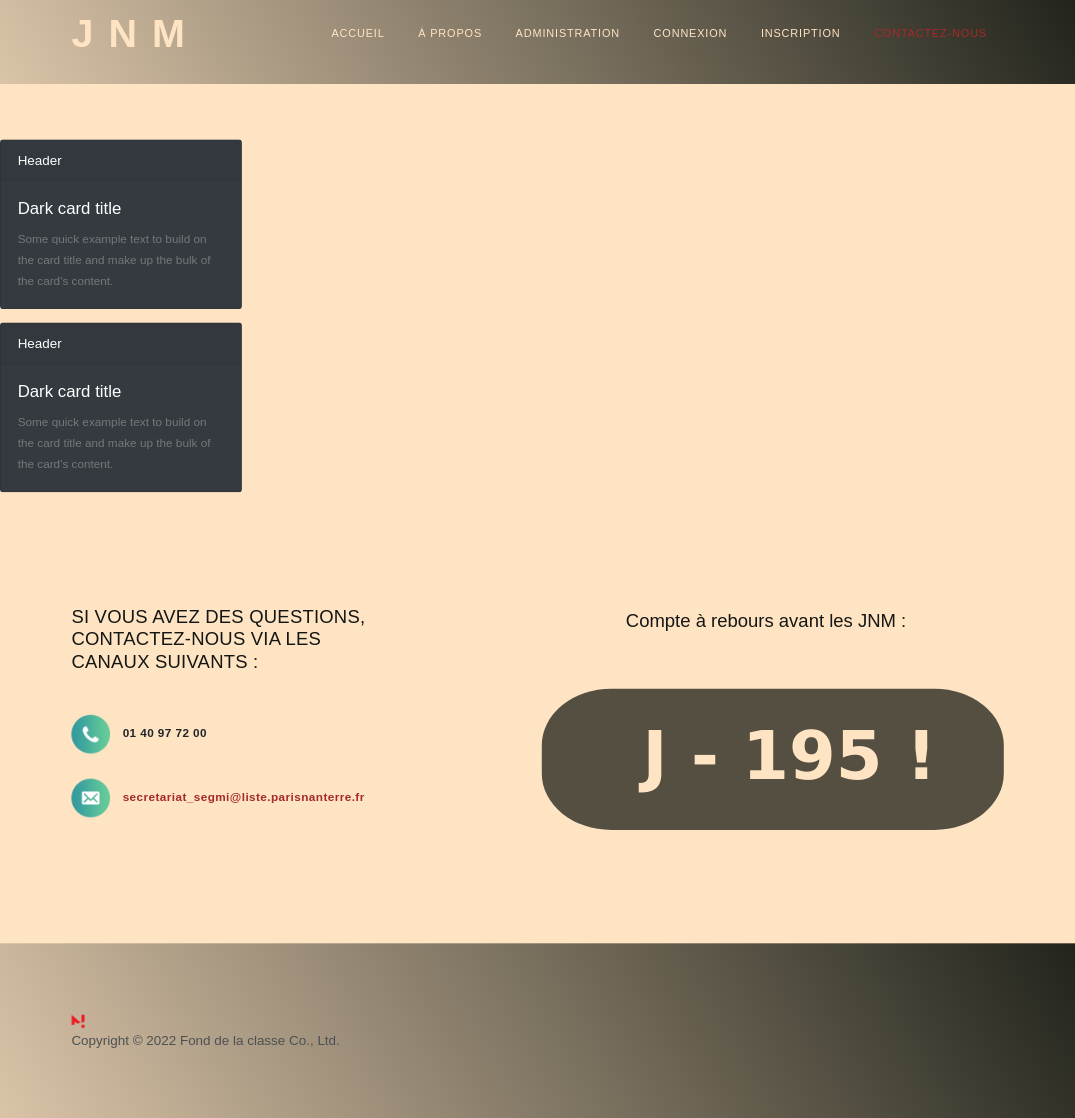
Repository: RiadNadri/ProjetWeb2022
Page: templates/Admin/admin.html.twig
These files come from the project's save history. The page is drawn as it stood at one moment and after the next save; the edit follows.
The browser window is 1280 px wide. The pictures show the whole page, at 84% of full size.
Some web fonts or font styles are not loaded; a fallback is used. The page is a Twig template of a Symfony application; nobody is signed in and links lead nowhere. The template is opened directly, without the code that normally fills it, so the values that code supplies are empty.

Above is the page before, as saved 2022-12-24 17:22:59.

After the next save:
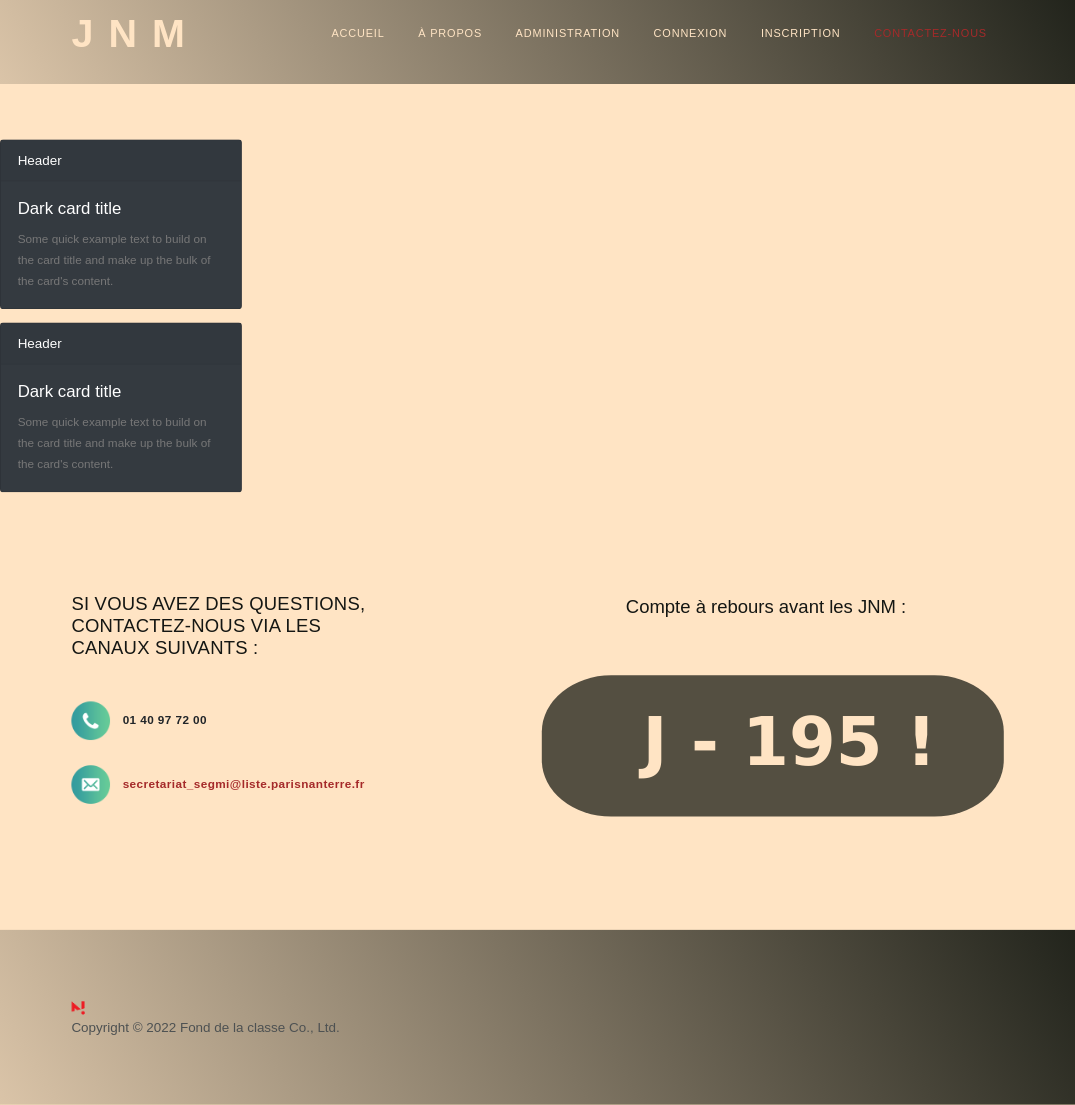
Saved 23 s later.
--- a/templates/Admin/admin.html.twig
+++ b/templates/Admin/admin.html.twig
@@ -34,7 +34,7 @@
   </div>
 </div>
 
-<div class="card text-white bg-dark mb-3 ml-50" style="max-width: 18rem;">
+<div class="card text-white bg-dark mb-10" style="max-width: 18rem;">
   <div class="card-header">Header</div>
   <div class="card-body">
     <h5 class="card-title">Dark card title</h5>
